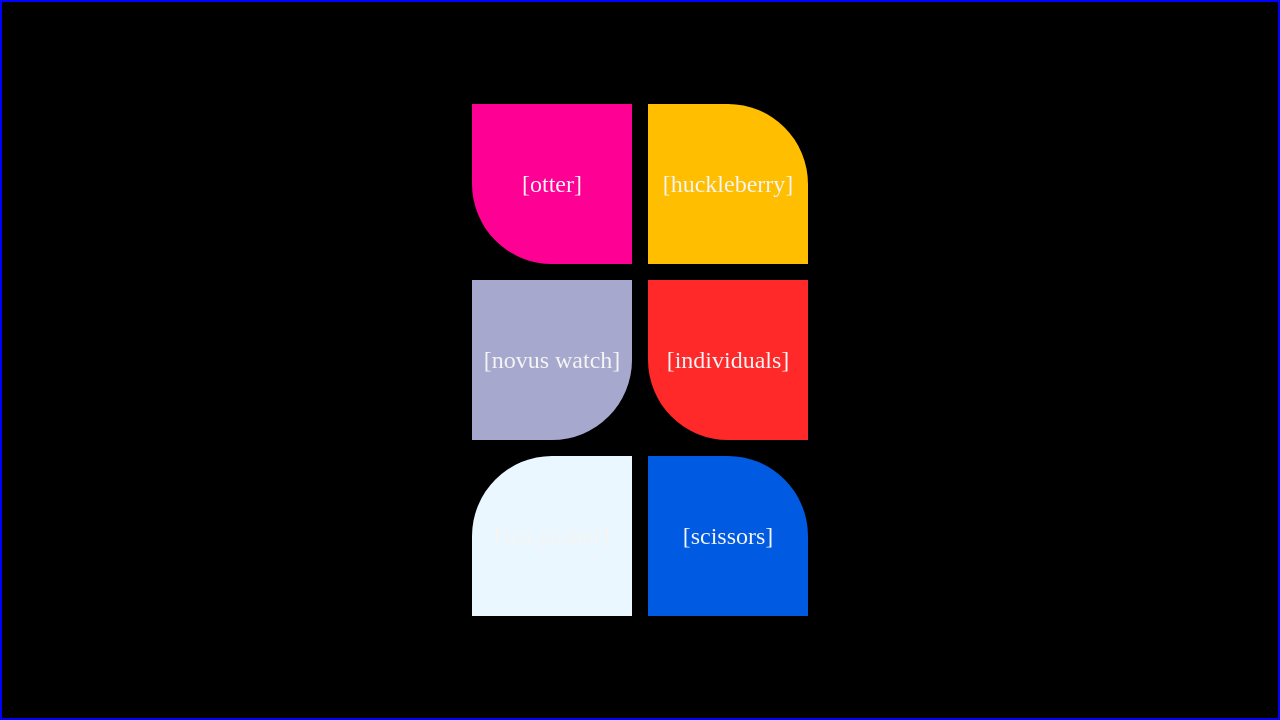
Repository: dark-txch/ass-1-6
Page: index.html
These files come from the project's save history. The page is drawn as it stood at one moment and after the next save; the edit follows.
The browser window is 1280 px wide. The pictures show the whole page.

Above is the page before, as saved 2024-11-29 15:25:21.

### index.html
<!DOCTYPE html>
<html lang="en">
	<head>
		<meta charset="UTF-8" />
		<meta name="viewport" content="width=device-width, initial-scale=1.0" />

		<!-- main style -->
		<link rel="stylesheet" href="./src/styles/index/index.css" />

		<!--  media query style -->
		<link rel="stylesheet" href="./src/styles/index/media.css" />

		<!--  favicon  -->
		<link rel="icon" href="/assets/C-Favicon/Dark-favicon_io/favicon.ico" />

		<!--  title  -->
		<title>CssAss-1-6</title>
	</head>

	<!--  body  -->
	<body>
		<main>
			<nav>
				<ul>
					<li>
						<a href="./src/pages/otter1.html">&#91;otter&#93;</a>
					</li>
					<li>
						<a href="./src/pages/huckleberry2.html">&#91;huckleberry&#93;</a>
					</li>
					<li>
						<a href="./src/pages/novuswatch3.html">&#91;novus watch&#93;</a>
					</li>
					<li>
						<a href="./src/pages/individuals4.html">&#91;individuals&#93;</a>
					</li>
					<li>
						<a href="./src/pages/wpPusher.html">&#91;wp pusher&#93;</a>
					</li>
					<li>
						<a href="./src/pages/scissors.html">&#91;scissors&#93;</a>
					</li>
				</ul>
			</nav>
		</main>
	</body>
</html>

### src/styles/index/index.css
/*  mobile workflow */
html {
	--background-color: black;
	--font-size: 1rem;
}
body {
	min-height: 100vh;
	min-width: 100vw;
}
* {
	margin: 0;
	padding: 0;
	border: none;
	list-style: none;
	text-decoration: none;
	box-sizing: border-box;
}

/*   -------------------------------- main */
nav {
	min-height: 100vh;
	min-width: 100%;

	background-color: var(--background-color);
	color: whitesmoke;

	display: grid;
	justify-content: center;
	align-items: center;

	border: 2px solid blue;
}

nav ul {
	display: grid;
	gap: 1rem;
	grid-template-columns: 1fr 1fr;
	grid-template-rows: 1fr 1fr 1fr;

	min-width: 100%;
	border-radius: 0 50% 0 0;
}

nav ul li {
	display: flex;
	align-items: center;
	justify-content: center;

	min-height: 10rem;
	min-width: 100%;
}

nav ul li:nth-child(1) {
	color: white;
	background-color: #ff0095;
	border-radius: 0 0 0 50%;
}

nav ul li:nth-child(2) {
	color: black;
	background-color: #ffbe00;

	border-radius: 0 50% 0 0;
}

nav ul li:nth-child(3) {
	color: black;
	background-color: #a7a8cd;

	border-radius: 0 0 50% 0;
}

nav ul > :nth-child(4) {
	background-color: #ff2929;

	border-radius: 0 0 0 50%;
}
nav ul > :nth-child(5) {
	background-color: #eaf7ff;
	color: black;

	border-radius: 50% 0 0 0;
}
nav ul :nth-child(6) {
	background-color: #015ae2;

	border-radius: 0 50% 0 0;
}

nav ul li a {
	display: flex;
	align-items: center;
	justify-content: center;

	color: whitesmoke;
	min-height: 10rem;
	min-width: 10rem;

	font-size: calc(var(--font-size) * 1.5);
	text-align: center;
}

Loaded but not shown: src/styles/index/media.css (no stored copy; drawn as an empty file)

After the next save:
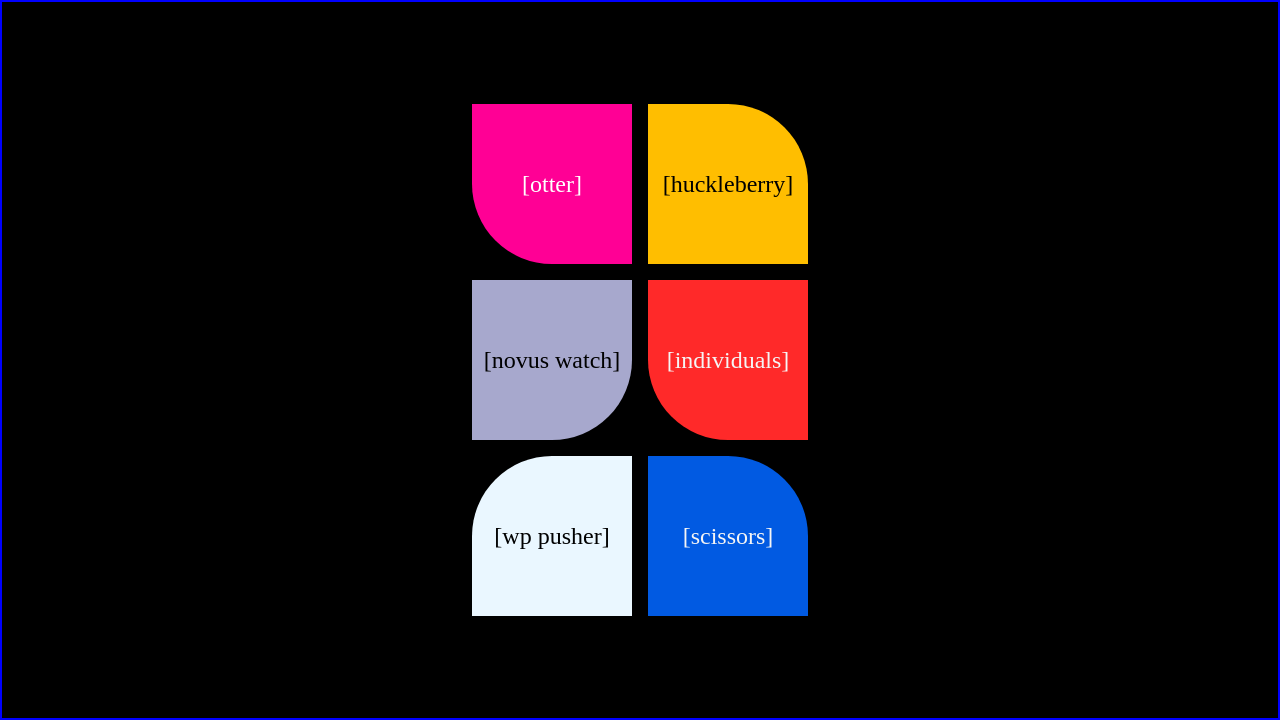
Saved 60 s later.
--- a/src/styles/index/index.css
+++ b/src/styles/index/index.css
@@ -92,7 +92,7 @@
 	align-items: center;
 	justify-content: center;
 
-	color: whitesmoke;
+	color: inherit;
 	min-height: 10rem;
 	min-width: 10rem;
 
